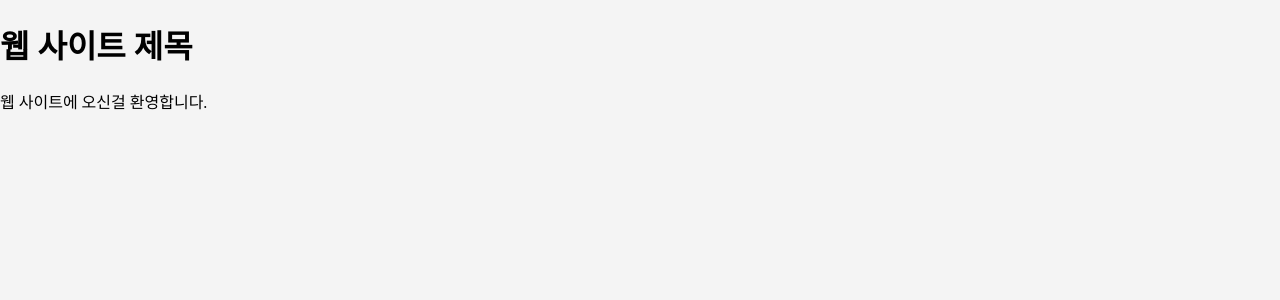
Repository: Yim-HaEun/springBoot
Page: springStart-1/src/main/resources/static/Index.html
These files come from the project's save history. The page is drawn as it stood at one moment and after the next save; the edit follows.
The browser window is 1280 px wide. The pictures show the whole page.

Above is the page before, as saved 2023-11-21 05:29:15.

### springStart-1/src/main/resources/static/Index.html
<!DOCTYPE html>
<html>
	<head>
		<meta charset="UTF-8">
		<title>머릿말</title>
	</head>
	<body>
		<style>
			body{
				margin:0;
				padding:0;
				background-color: #f4f4f4;
			}

		</style>
		<h1>웹 사이트 제목</h1>
		<p>웹 사이트에 오신걸 환영합니다.</p>
	</body>
</html>

After the next save:
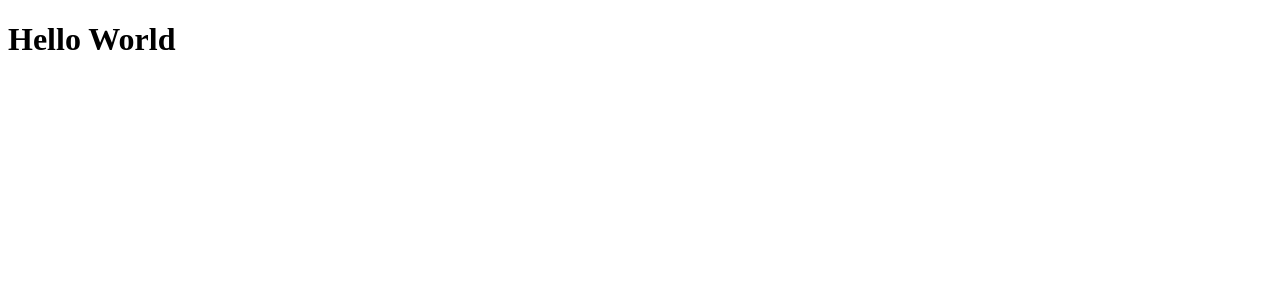
Saved 37 s later.
--- a/springStart-1/src/main/resources/static/Index.html
+++ b/springStart-1/src/main/resources/static/Index.html
@@ -1,19 +1,11 @@
 <!DOCTYPE html>
 <html>
 	<head>
-		<meta charset="UTF-8">
-		<title>머릿말</title>
+		<meta charset="EUC-KR">
+		<title>Insert title here</title>
 	</head>
 	<body>
-		<style>
-			body{
-				margin:0;
-				padding:0;
-				background-color: #f4f4f4;
-			}
+		<h1>Hello World</h1>
 
-		</style>
-		<h1>웹 사이트 제목</h1>
-		<p>웹 사이트에 오신걸 환영합니다.</p>
 	</body>
 </html>
